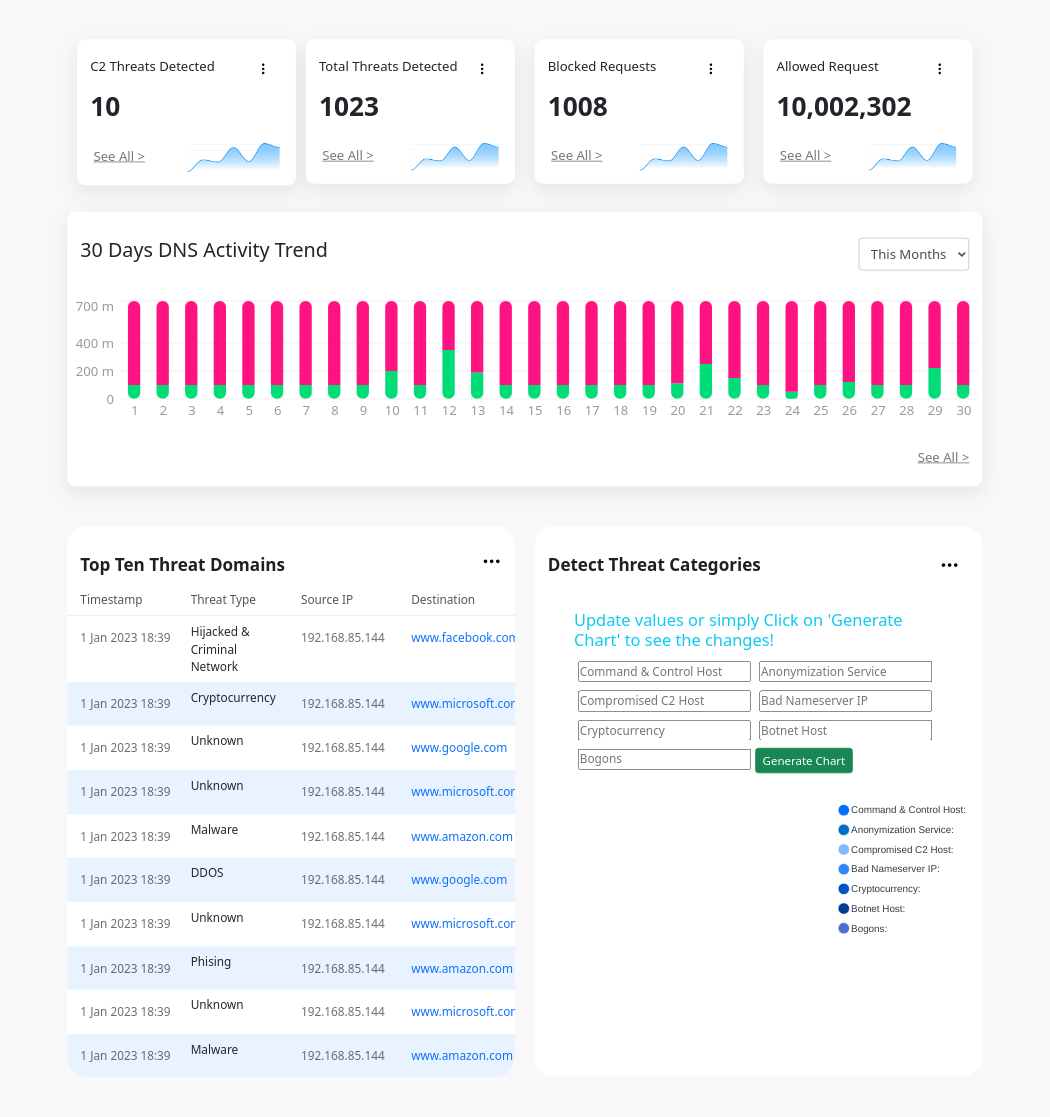
Repository: badhon252/dashboard
Page: /
The author's editor kept a copy of each file at every save. The page is drawn from the files as they stood at one save, then again after the next save.
The browser window is 1280 px wide. The pictures show the whole page, at 82% of full size.
The project was rebuilt for these pictures with package versions that can differ from the ones it lists, and the page was loaded fresh each time. Also part of the build but not shown: vite.config.js.

Above is the page before, as saved 2023-01-30 02:21:39.

After the next save:
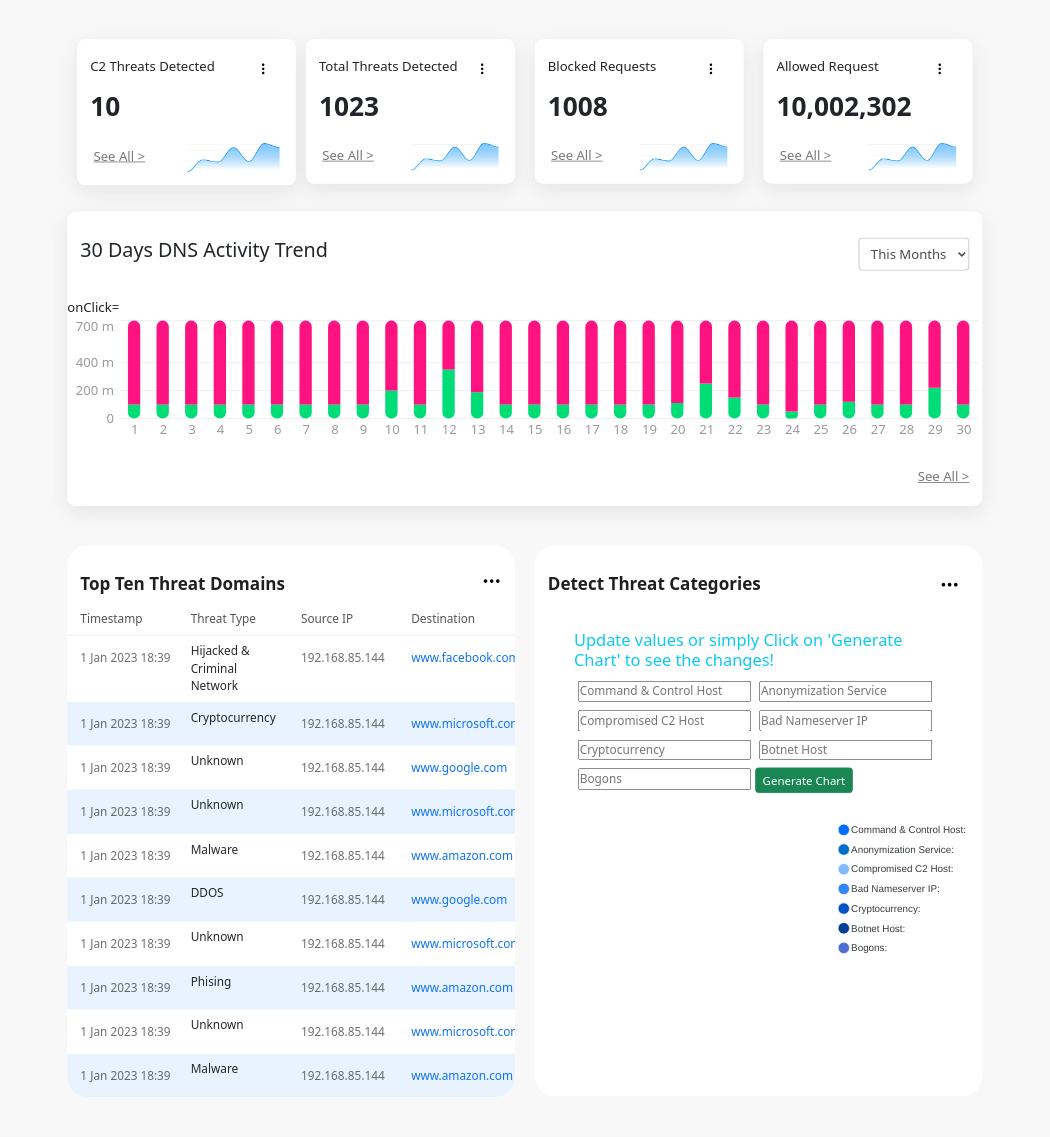
Saved 5 s later.
--- a/src/Components/Activity/ActivityGraph.jsx
+++ b/src/Components/Activity/ActivityGraph.jsx
@@ -17,6 +17,7 @@
   return (
     //? Creating Bars
     <ResponsiveContainer width="100%" aspect="7">
+      onClick={handleBarClick}
       <BarChart data={Data()} outerRadius={10}>
         <XAxis
           dataKey="id"

After the save that followed:
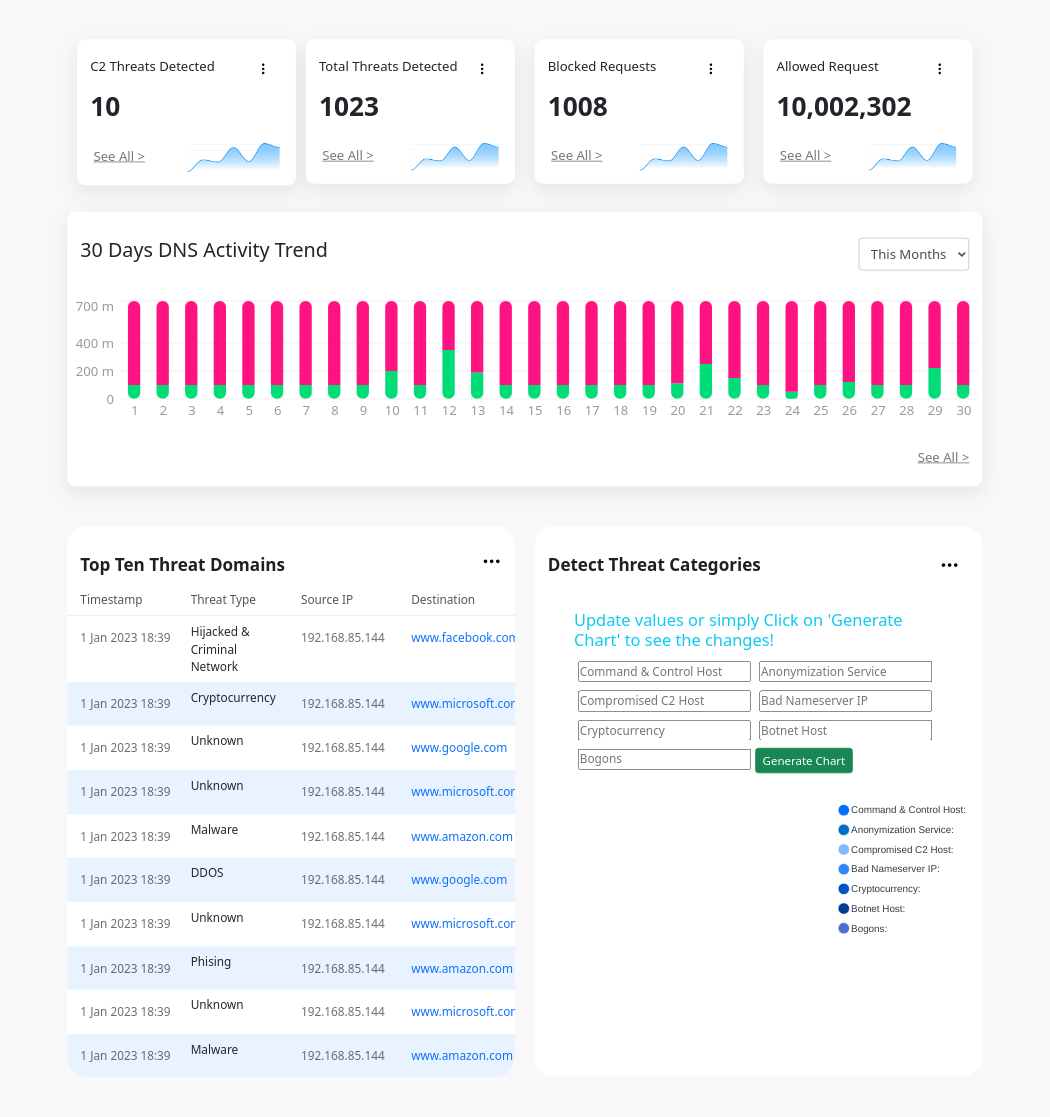
Saved 10 s later.
--- a/src/Components/Activity/ActivityGraph.jsx
+++ b/src/Components/Activity/ActivityGraph.jsx
@@ -17,8 +17,7 @@
   return (
     //? Creating Bars
     <ResponsiveContainer width="100%" aspect="7">
-      onClick={handleBarClick}
-      <BarChart data={Data()} outerRadius={10}>
+      <BarChart data={Data()} outerRadius={10} onClick={handleBarClick}>
         <XAxis
           dataKey="id"
           stroke="#9a9a9a"
